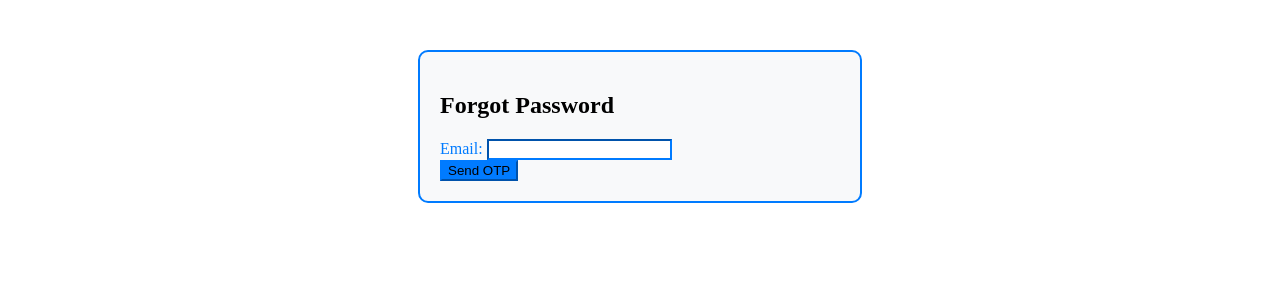
Repository: thatipallyvinod/AdvanceJava
Page: Gaming Project/src/main/webapp/psw.html
The author's editor kept a copy of each file at every save. The page is drawn from the files as they stood at one save, then again after the next save.
The browser window is 1280 px wide. The pictures show the whole page.

Above is the page before, as saved 2024-03-18 16:30:38.

### Gaming Project/src/main/webapp/psw.html
<!DOCTYPE html>
<html lang="en">
<head>
    <meta charset="UTF-8">
    <meta name="viewport" content="width=device-width, initial-scale=1.0">
    <title>Forgot Password</title>
    <style>
        .container {
            max-width: 400px;
            margin: auto;
            padding: 20px;
            border: 2px solid #007bff; /* Blue border */
            border-radius: 10px;
            background-color: #f8f9fa; /* Light gray background */
            margin-top: 50px;
        }

        .form-group label {
            color: #007bff; /* Blue text color */
        }

        .form-control {
            border-color: #007bff; /* Blue border for input fields */
        }

        .btn-primary {
            background-color: #007bff; /* Blue button background */
            border-color: #007bff; /* Blue button border */
        }

        .btn-primary:hover {
            background-color: #0056b3; /* Darker blue on hover */
            border-color: #0056b3;
        }
    </style>
</head>
<body>
    <div class="container" class="text-center" >
        <h2 class="text-center">Forgot Password</h2>
        <form id="forgot-password-form" onsubmit="return sendOTP()">
            <div class="form-group">
                <label class="text-center" for="email">Email:</label>
                <input type="email" class="form-control" id="email" required>
            </div>
            <button type="submit"   class="btn btn-primary btn-block">Send OTP</button>
        </form>
    </div>

    <script>
        function sendOTP() {
            var email = document.getElementById('email').value;
            var OTP = generateOTP();
            // Simulate sending OTP via email (replace this with actual email sending logic)
            alert("An OTP has been sent to " + email + ". Please check your email."); // Alert message
            // Redirect to OTP verification page or display OTP input field
            return false; // Prevent form submission
        }

        function generateOTP() {
            var numbers = '0123456789';
            var OTP = '';
            for (var i = 0; i < 6; i++) {
                OTP += numbers[Math.floor(Math.random() * 10)];
            }
            return OTP;
        }
    </script>
</body>
</html>

After the next save:
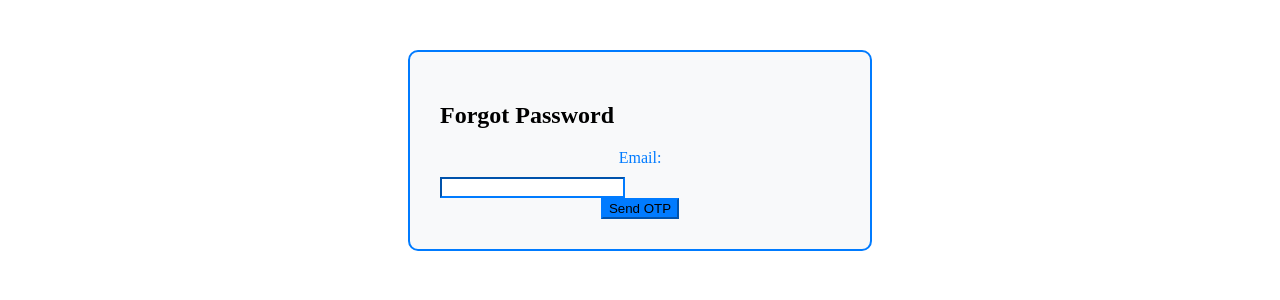
Saved 86 s later.
--- a/Gaming Project/src/main/webapp/psw.html
+++ b/Gaming Project/src/main/webapp/psw.html
@@ -8,7 +8,7 @@
         .container {
             max-width: 400px;
             margin: auto;
-            padding: 20px;
+            padding: 30px;
             border: 2px solid #007bff; /* Blue border */
             border-radius: 10px;
             background-color: #f8f9fa; /* Light gray background */
@@ -17,6 +17,9 @@
 
         .form-group label {
             color: #007bff; /* Blue text color */
+            display: block;
+            text-align: center; /* Center-align the labels */
+            margin-bottom: 10px; /* Add some spacing below the labels */
         }
 
         .form-control {
@@ -26,6 +29,8 @@
         .btn-primary {
             background-color: #007bff; /* Blue button background */
             border-color: #007bff; /* Blue button border */
+            display: block;
+            margin: 0 auto; /* Center-align the button */
         }
 
         .btn-primary:hover {
@@ -35,14 +40,14 @@
     </style>
 </head>
 <body>
-    <div class="container" class="text-center" >
-        <h2 class="text-center">Forgot Password</h2>
+    <div class="container">
+        <h2 class="text-center mb-4">Forgot Password</h2>
         <form id="forgot-password-form" onsubmit="return sendOTP()">
             <div class="form-group">
-                <label class="text-center" for="email">Email:</label>
+                <label for="email">Email:</label>
                 <input type="email" class="form-control" id="email" required>
             </div>
-            <button type="submit"   class="btn btn-primary btn-block">Send OTP</button>
+            <button type="submit" class="btn btn-primary btn-block">Send OTP</button>
         </form>
     </div>
 
